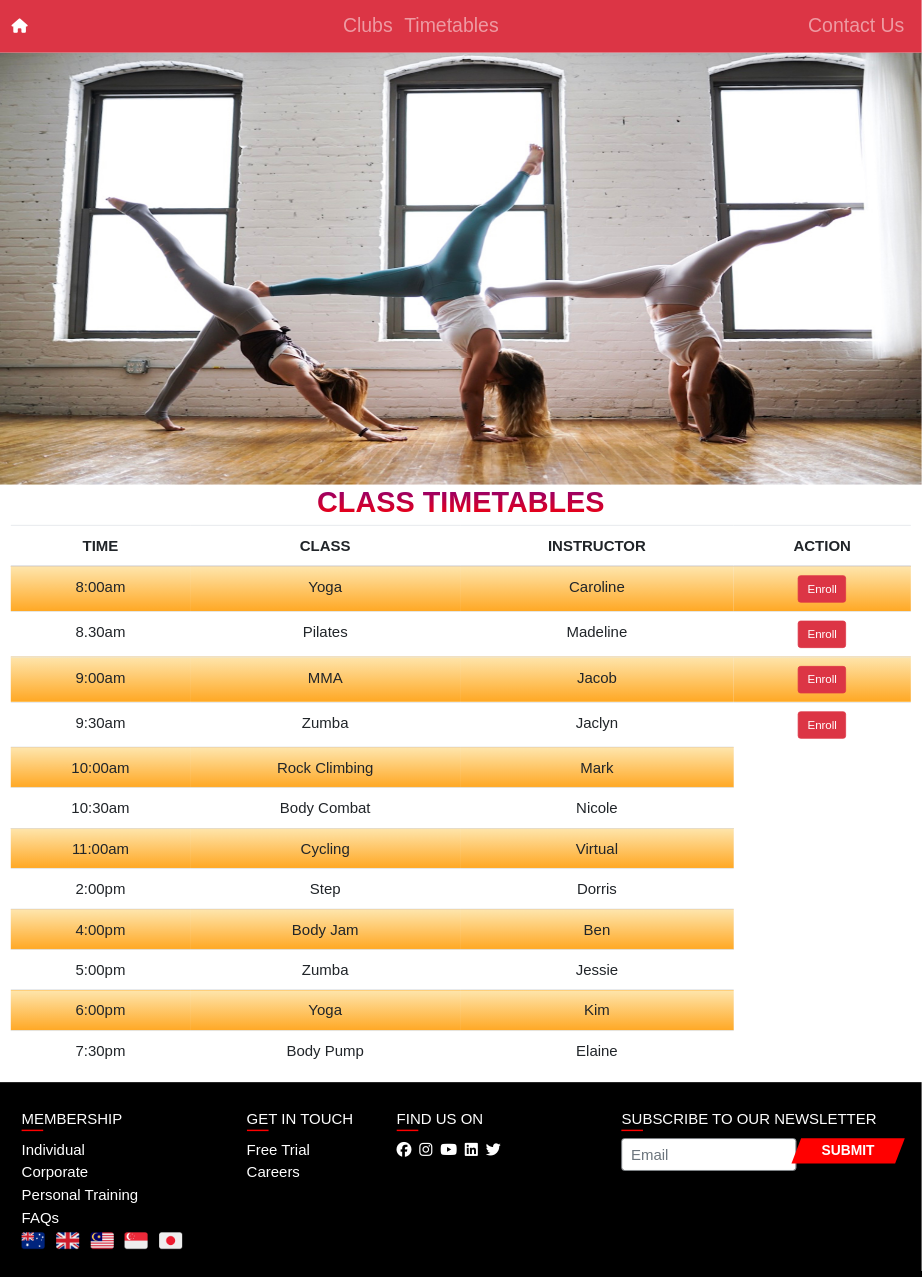
Repository: KJY93/User_Centric_Frontend_Development_Project
Page: timetables.html
The author's editor kept a record of every edit. The page is drawn from the files as they stood at one moment, then again after the next edit.
The browser window is 1280 px wide. The pictures show the whole page, at 72% of full size.
Some web fonts or font styles are not loaded; a fallback is used. Some web libraries are served in a nearby version.

Above is the page before.

After the next edit:
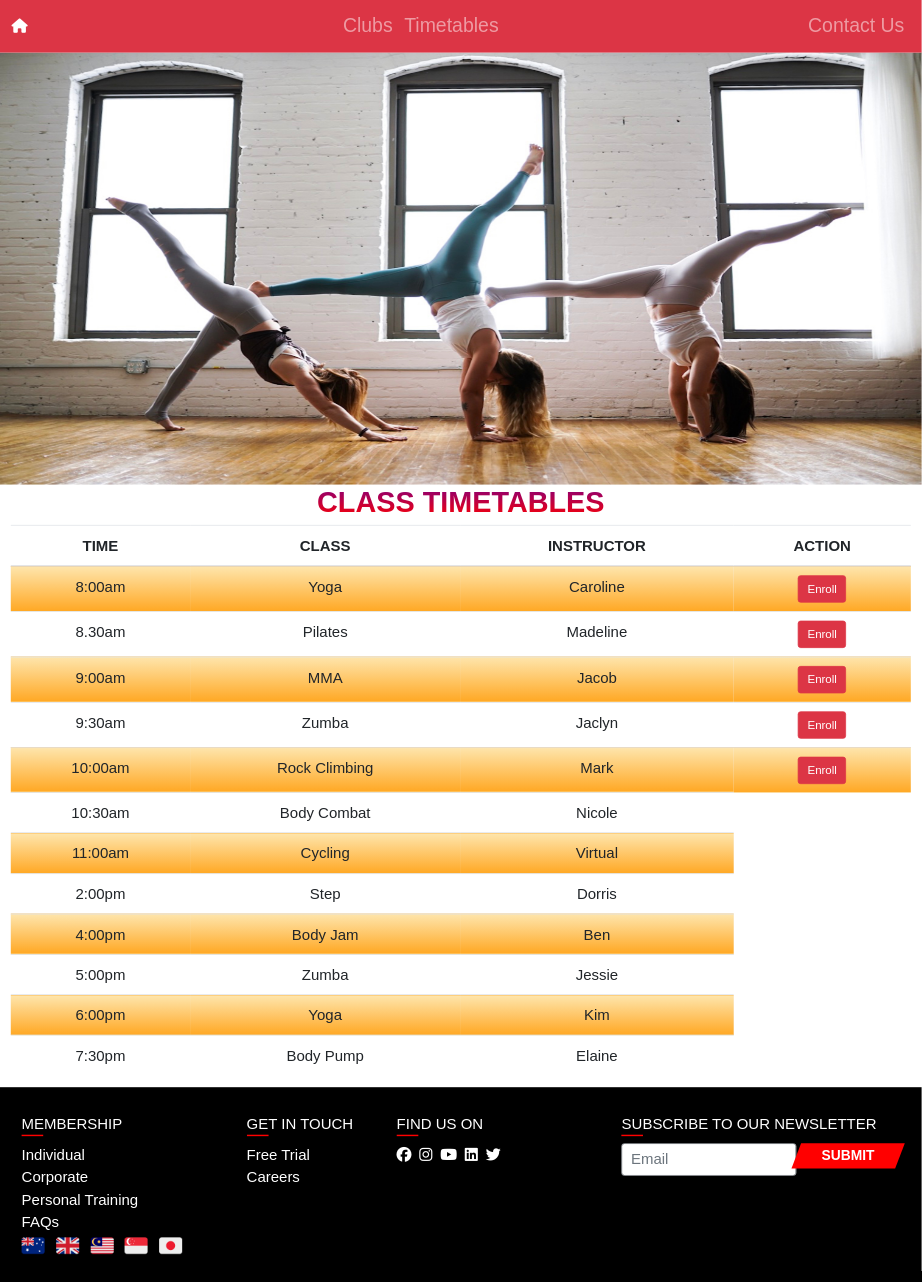
The edit:
--- a/timetables.html
+++ b/timetables.html
@@ -101,6 +101,7 @@
                             <td>10:00am</td>
                             <td>Rock Climbing</td>
                             <td>Mark</td>
+                            <td><button type="button" class="btn btn-danger">Enroll</button></td>
                         </tr>
                         <tr>
                             <td>10:30am</td>
